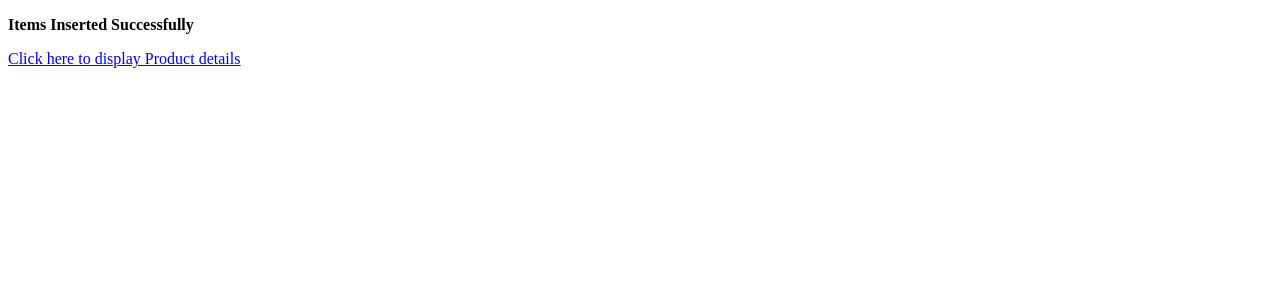
Repository: Vishu4401/FlyAway-An-Airline-Booking-Portal-
Page: http://localhost/Retrieving_the_Product_Details_Using_the_Product_ID/set.jsp
An editor plug-in stored every save of this project. The page is shown before and after the next save, followed by the edit.
The browser window is 1280 px wide. The pictures show the whole page.
The page is served by Tomcat 9.

Above is the page before, as saved 2022-08-23 03:20:18.

After the next save:
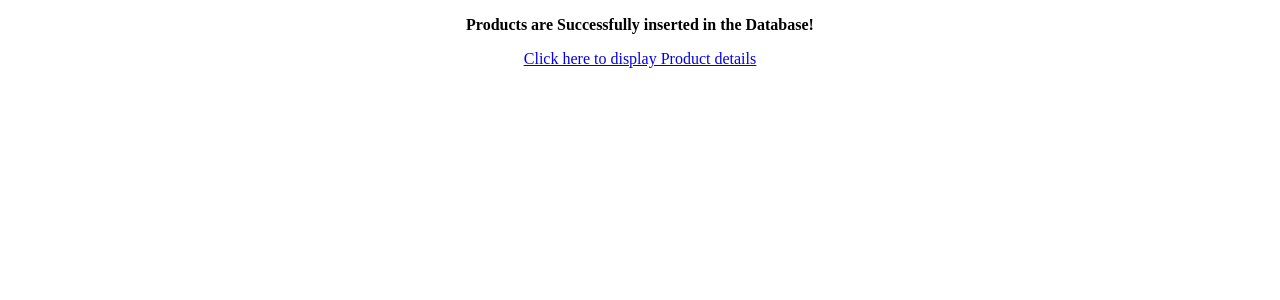
Saved 113 s later.
--- a/Retrieving_the_Product_Details_Using_the_Product_ID/src/main/webapp/set.jsp
+++ b/Retrieving_the_Product_Details_Using_the_Product_ID/src/main/webapp/set.jsp
@@ -4,9 +4,10 @@
 <html>
 <head>
 <meta http-equiv="Content-Type" content="text/html; charset=ISO-8859-1">
-<title>Insert title here</title>
+<title>Product insertion status</title>
 </head>
 <body>
+<center>
 <%
 
 String pid=request.getParameter("id");
@@ -17,7 +18,8 @@ String pprice=request.getParameter("price");
 session.setAttribute("productprice",pprice);
 
 %>
-<p><b>Items Inserted Successfully</b></p>
+<p><b>Products are Successfully inserted in the Database!</b></p>
 <a href="display.jsp"><u>Click here to display Product details</u></a><br>
+</center>
 </body>
 </html>
